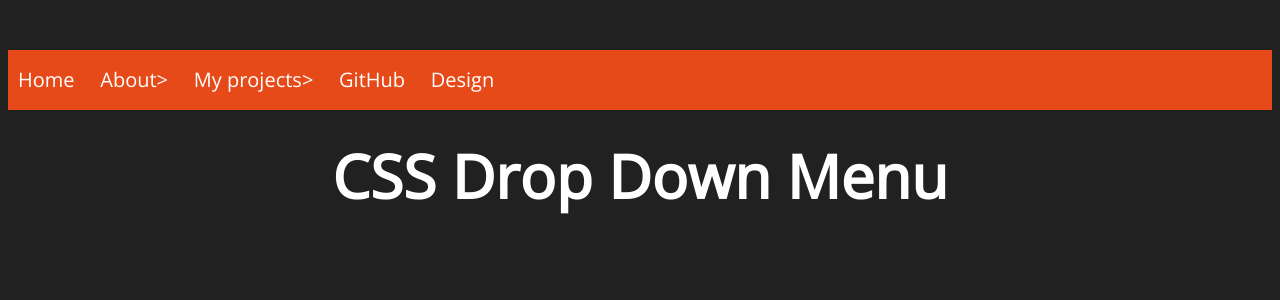
Repository: alikahwaji/HTML-CSS-workshop
Page: index.html
An editor plug-in stored every save of this project. The page is shown before and after the next save, followed by the edit.
The browser window is 1280 px wide. The pictures show the whole page.

Above is the page before, as saved 2019-10-29 12:43:12.

After the next save:
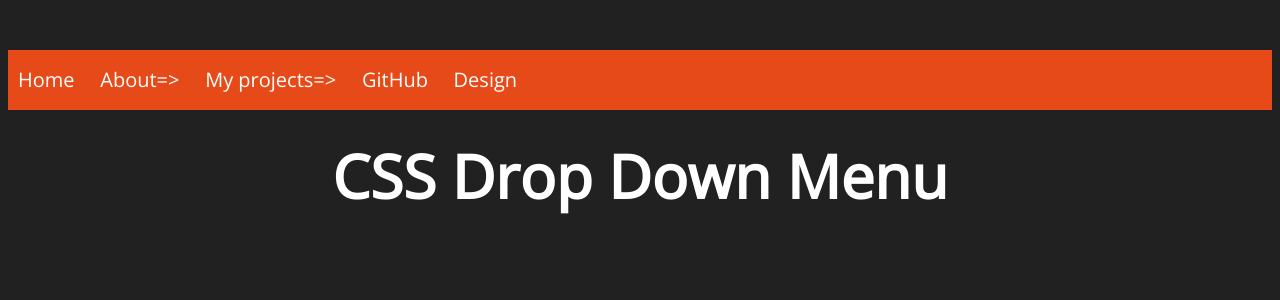
Saved 23 s later.
--- a/index.css
+++ b/index.css
@@ -78,7 +78,7 @@ nav ul ul ul li {
 }
 
 li > a:after {
-    content: ">";
+    content: "=>";
 }
 
 li > a:only-child:after {
